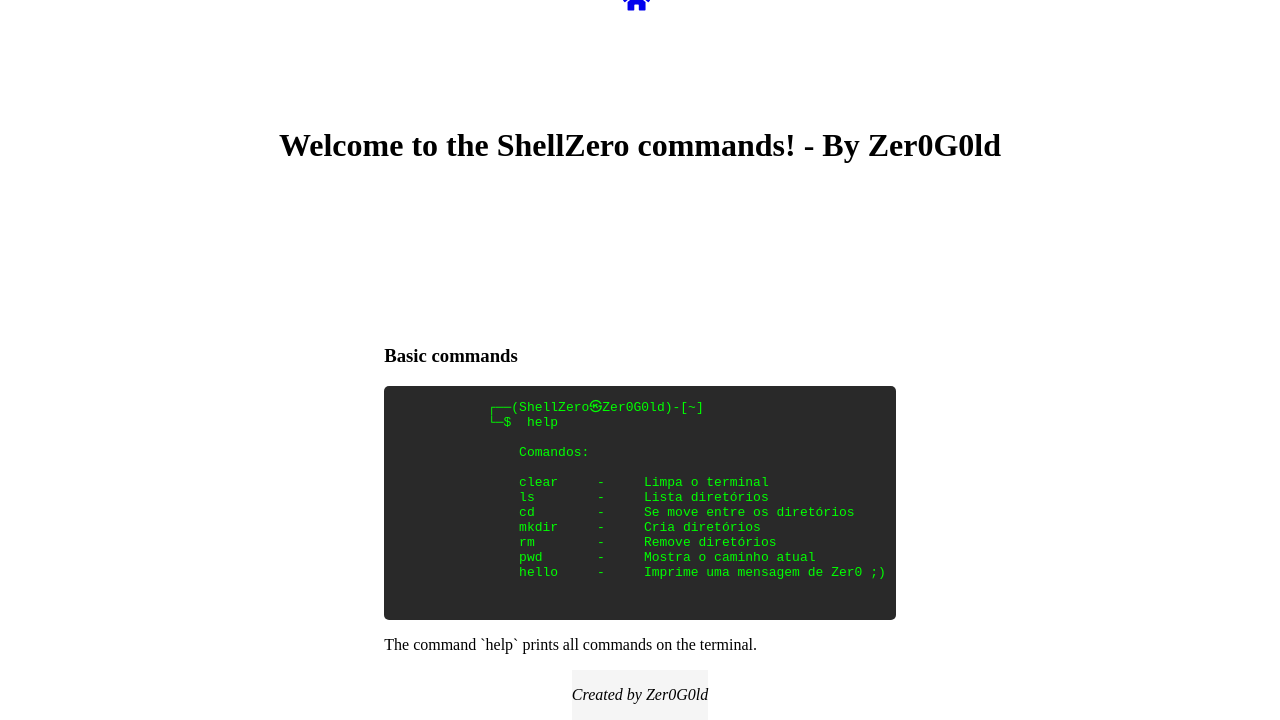
Repository: Zer0G0ld/ShellZer0
Page: site/commands.html
An editor plug-in stored every save of this project. The page is shown before and after the next save, followed by the edit.
The browser window is 1280 px wide. The pictures show the whole page.

Above is the page before, as saved 2023-08-14 14:29:24.

After the next save:
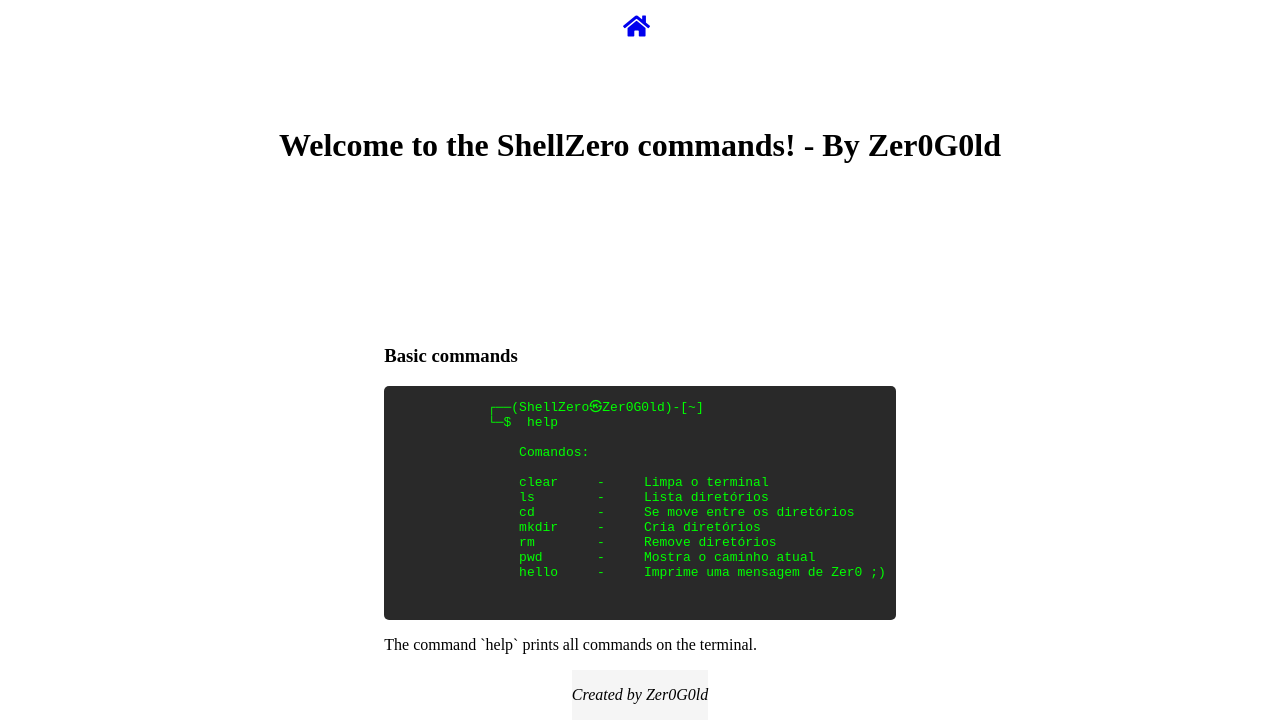
Saved 17 s later.
--- a/site/styleCommands.css
+++ b/site/styleCommands.css
@@ -26,7 +26,7 @@ body, header {
     position: absolute;
     right: 0; /* Posiciona o ícone à direita */
     top: 50%; /* Centraliza verticalmente */
-    transform: translateY(-50%); /* Centraliza verticalmente */
+    transform: translateY(50%); /* Centraliza verticalmente */
 }
 
 
